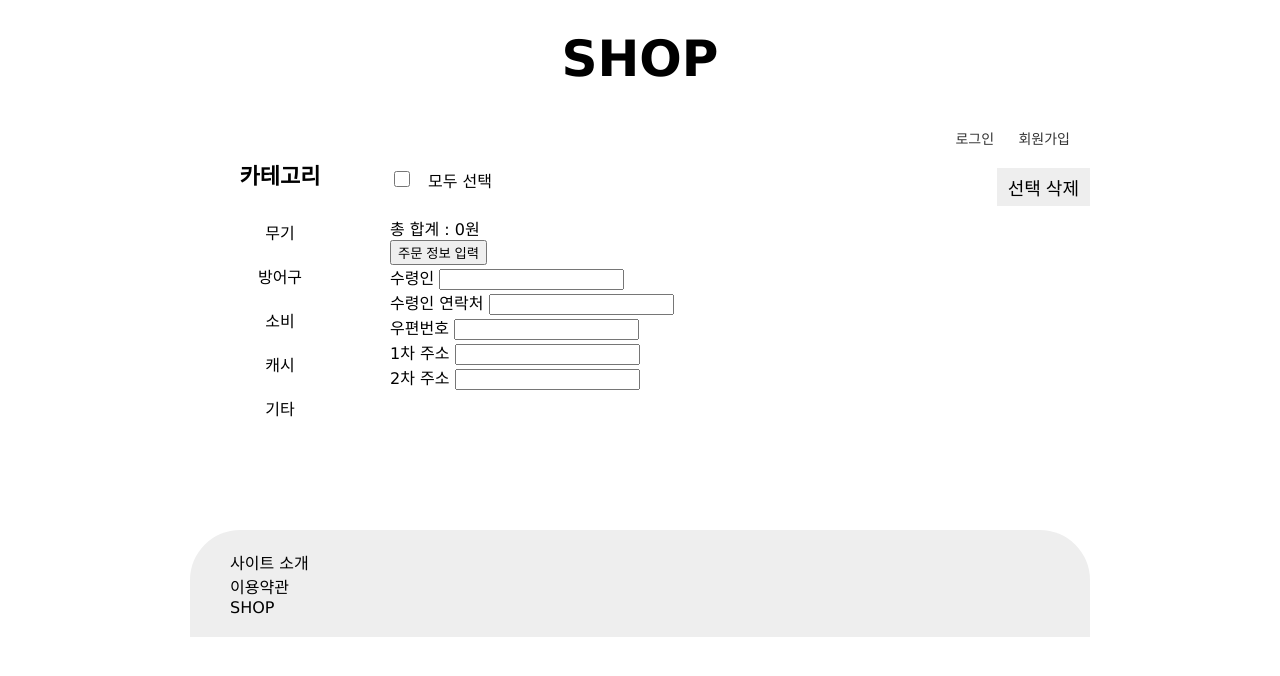
Repository: leesoonyong/shopping-mall
Page: http://localhost/shop/WEB-INF/views/shop/cartList.jsp
An editor plug-in stored every save of this project. The page is shown before and after the next save, followed by the edit.
The browser window is 1280 px wide. The pictures show the whole page.
The page is served by Tomcat 9. Nobody is signed in. The template is opened directly, without the code that normally fills it, so the values that code supplies are empty.

Above is the page before, as saved 2020-09-15 03:05:21.

After the next save:
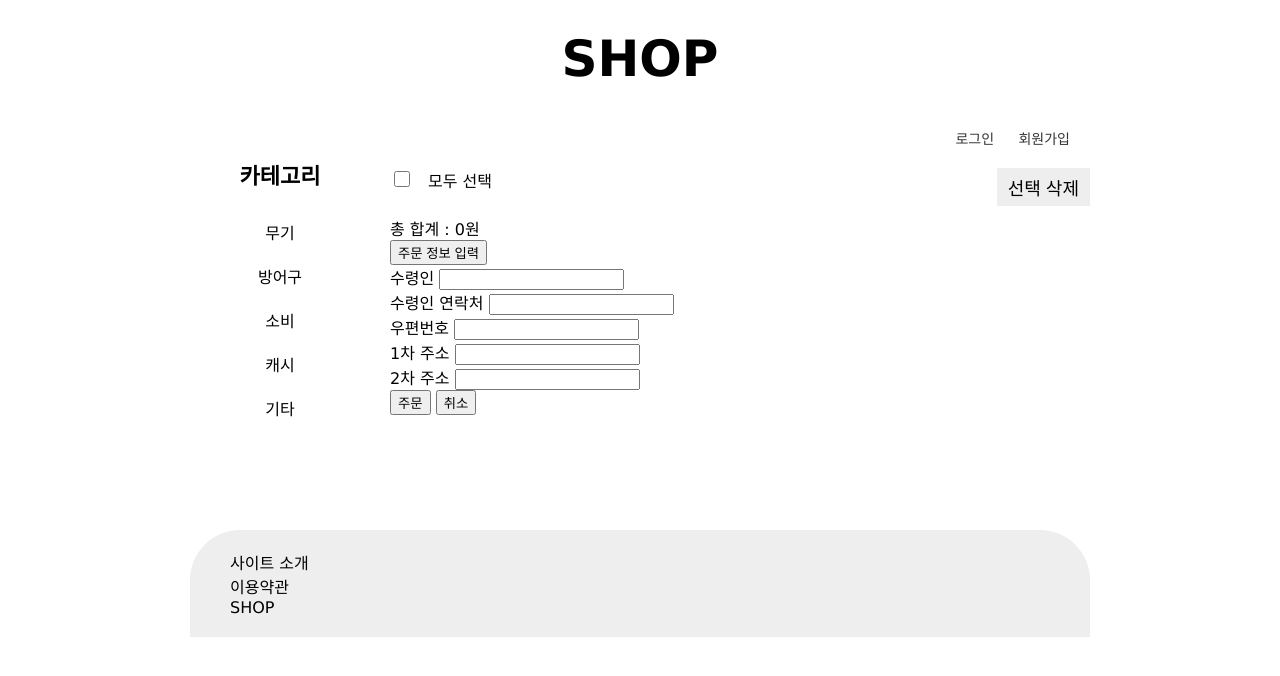
Saved 35 s later.
--- a/shop/src/main/webapp/WEB-INF/views/shop/cartList.jsp
+++ b/shop/src/main/webapp/WEB-INF/views/shop/cartList.jsp
@@ -388,6 +388,11 @@ section#content div.goodsName a {
 								<label for="userAddr3">2차 주소</label>
 								<input type="text" name="userAddr3" id="userAddr3" required="required"/>
 							</div>
+
+							<div class="inputArea">
+								<button type="submit" class="order_btn">주문</button>
+								<button type="button" class="cancel_btn">취소</button>
+							</div>
 						</form>
 
 					</div>
